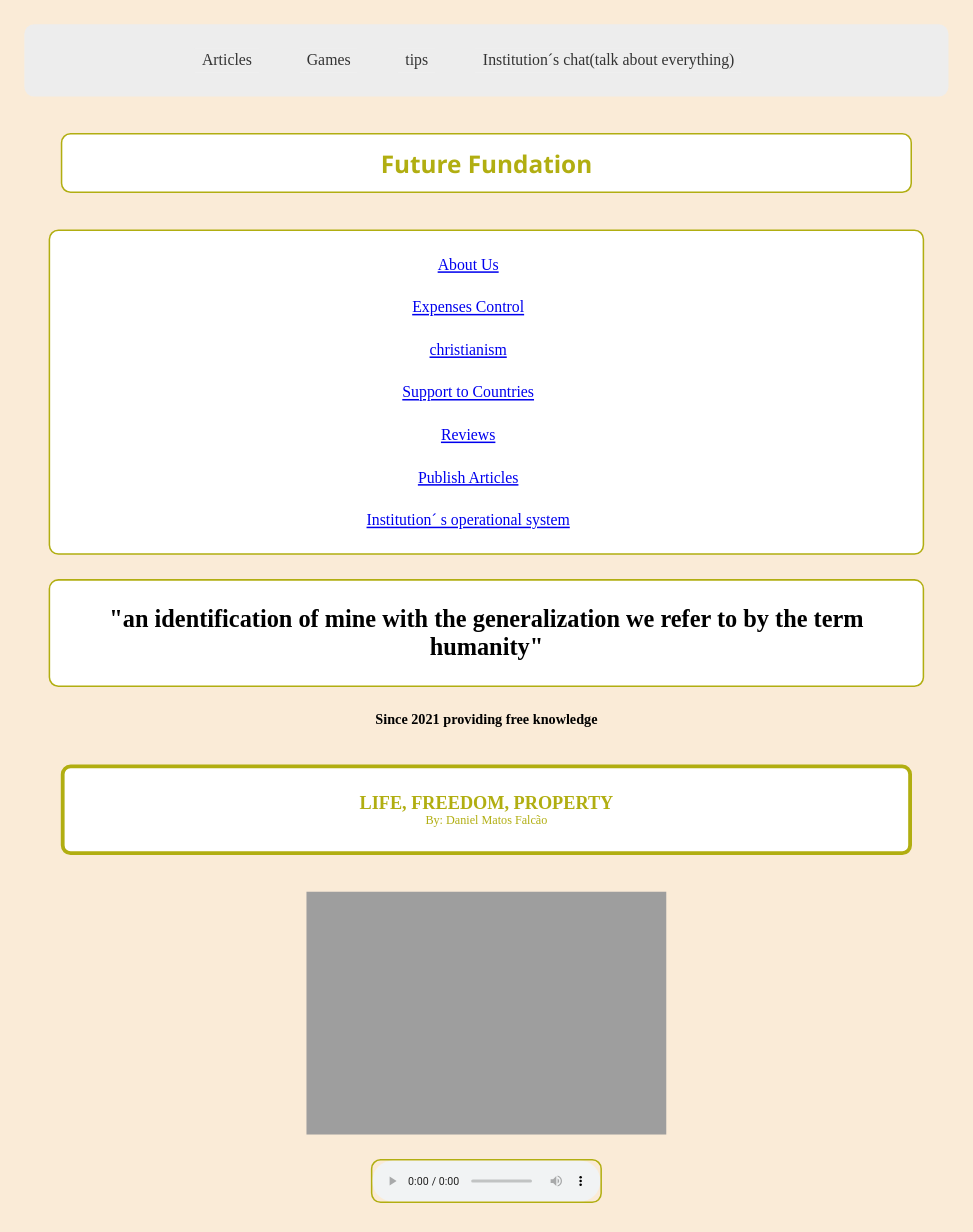
Repository: batmit/FutureFundation.github.io-1
Page: index.html
The author's editor kept a copy of each file at every save. The page is drawn from the files as they stood at one save, then again after the next save.
The browser window is 1280 px wide. The pictures show the whole page, at 76% of full size.
Pictures or frames that could not be fetched are drawn as grey boxes. Some web fonts or font styles are not loaded; a fallback is used.

Above is the page before, as saved 2021-09-03 15:00:36.

### index.html
<!DOCTYPE html>
<html lang="en">

<head>
    <meta charset="UTF-8">
    <meta http-equiv="X-UA-Compatible" content="IE=edge">
    <meta name="viewport" content="width=device-width, initial-scale=1.0">
    <title>The Future Fundation</title>

    <link rel="stylesheet" href="./index.css">
    <link rel="preconnect" href="https://fonts.gstatic.com">
    <link rel="preconnect" href="https://fonts.gstatic.com">

    <link rel="preconnect" href="https://fonts.gstatic.com">
    <link href="https://fonts.googleapis.com/css2?family=Redressed&display=swap" rel="stylesheet">
    <link rel="icon" href="https://m.media-amazon.com/images/I/511UePVZTiL._SL500_.jpg">
</head>

<body>
    <div id="all">
        <nav id="menu">
            <ul>
                <li><a href="./menu/articles/articles.html">Articles</a></li>
                <li><a href="/games/games.html">Games</a></li>
                <li><a href="./menu/tips.html">tips</a></li>
                <li><a href="">Institution´s chat(talk about everything)</a></li>
            </ul>
        </nav>
        <header>

            <h1>Future Fundation</h1>

        </header>

        <main>

            <div id="cabecalho">

                <a class="about" href="./index/about.html">About Us</a>

                <a href="http://batmit.github.io">Expenses Control</a>

                <a href="/menu/articles/cristianism/cristianism.html">christianism</a>

                <a href="/menu/support/support.html">Support to Countries</a>

                <a href="./menu/reviews/reviews.html">Reviews</a>

                <a href="https://publisharticlesff.web.app/">Publish Articles</a>

                <a href="https://github.com/FutureFundation/Py_Operational_System">Institution´ s operational system</a>

            </div>

            <div id="frase">

                <strong>
                    "an identification of mine with the generalization we refer to by the term humanity"
                </strong>

            </div>




            <div id="rodape">

                <h3>Since 2021 providing free knowledge</h3>

            </div>

            <footer>

                <h2>LIFE, FREEDOM, PROPERTY</h2>

                <p>By: Daniel Matos Falcão</p>

            </footer>

            <img width="474px" height="320px"
                src="https://external-content.duckduckgo.com/iu/?u=https%3A%2F%2Ftse4.mm.bing.net%2Fth%3Fid%3DOIP.T-Ah3QjGfLzqHosndqSgYAHaFA%26pid%3DApi&f=1"
                alt="">

            <div id="audio">

                <audio controls autoplay>

                    <source
                        src="/menu/articles/cristianism/2001-01-0720-praise-to-the-lord-the-almighty-instrumental-192k-eng.mp3"
                        type="audio/mp3">

                </audio>



            </div>
        </main>
    </div>
</body>

</html>

### index.css
#all{

    text-align: center;

    margin: 2rem;

}

audio {


    text-align: center;
    align-items: center;
    justify-content: center;
    margin: 2rem;
    border: rgb(177, 174, 17) 2px solid;
    border-radius: 0.8rem;

}

#audio{

    align-items: center;
    justify-content: center;
    box-sizing: border-box;

    padding: auto;
    text-align: center;
}

img{

    display: block;
    margin-left: auto;
    margin-right: auto;
}

body{

    background-color: rgb(250, 235, 215);

}

*  {
    margin:0;
    padding:0;
}

html, body {height:100%;}

#rodape{

    text-align: center;
    margin: 2rem;


}

header{


    border-radius: 0.8rem;

    border: 2px solid rgb(177, 174, 17);

    margin: 3rem;

    background-color: white;

    padding: 1rem;

    text-decoration-color: blue;

    font-family: 'Segoe UI', Tahoma, Geneva, Verdana, sans-serif;


}

header h1 {

    color: rgb(177, 174, 17);

}


#cabecalho{


    border-radius: 0.8rem;

    border: 2px solid rgb(177, 174, 17);


    margin: 2rem;

    background-color: white;


}
#menu ul {
    padding:0px;
    margin:0px;
    background-color:#EDEDED;
    list-style:none;
    border-radius: 00.8rem;
}
#menu ul li { display: inline; }
#menu ul li a {
    padding: 2px 10px;
    display: inline-block;

    /* visual do link */
    background-color:#EDEDED;
    color: #333;
    text-decoration: none;
    border-bottom:3px solid #EDEDED;
}
#menu ul li a:hover {
    background-color:#D6D6D6;
    color: #6D6D6D;
    border-bottom:3px solid blue;
}

a{


    margin-right: 3rem;
    margin-top: 2rem;
    margin-bottom: 2rem;
    font-size: 1.3rem;
    display: block;


}



#frase{

    border-radius: 0.8rem;

    border: 2px solid rgb(177, 174, 17);

    padding: 2rem;

    margin: 2rem;

    font-family: 'Redressed', cursive;

    font-size: 2rem;

    background-color: white;

}

footer{

    margin: 3rem;

    text-align: center;

    border: 5px solid rgb(177, 174, 17);

    border-radius: 0.8rem;

    padding: 2rem;

    background-color: white;


}

footer h2, p {

    color: rgb(177, 174, 17);
}

@media (max-width: 900px){
    #menu ul li a{
        display: block;
        text-align: center;
    }

    #img{
        text-align: right;
    }
}

After the next save:
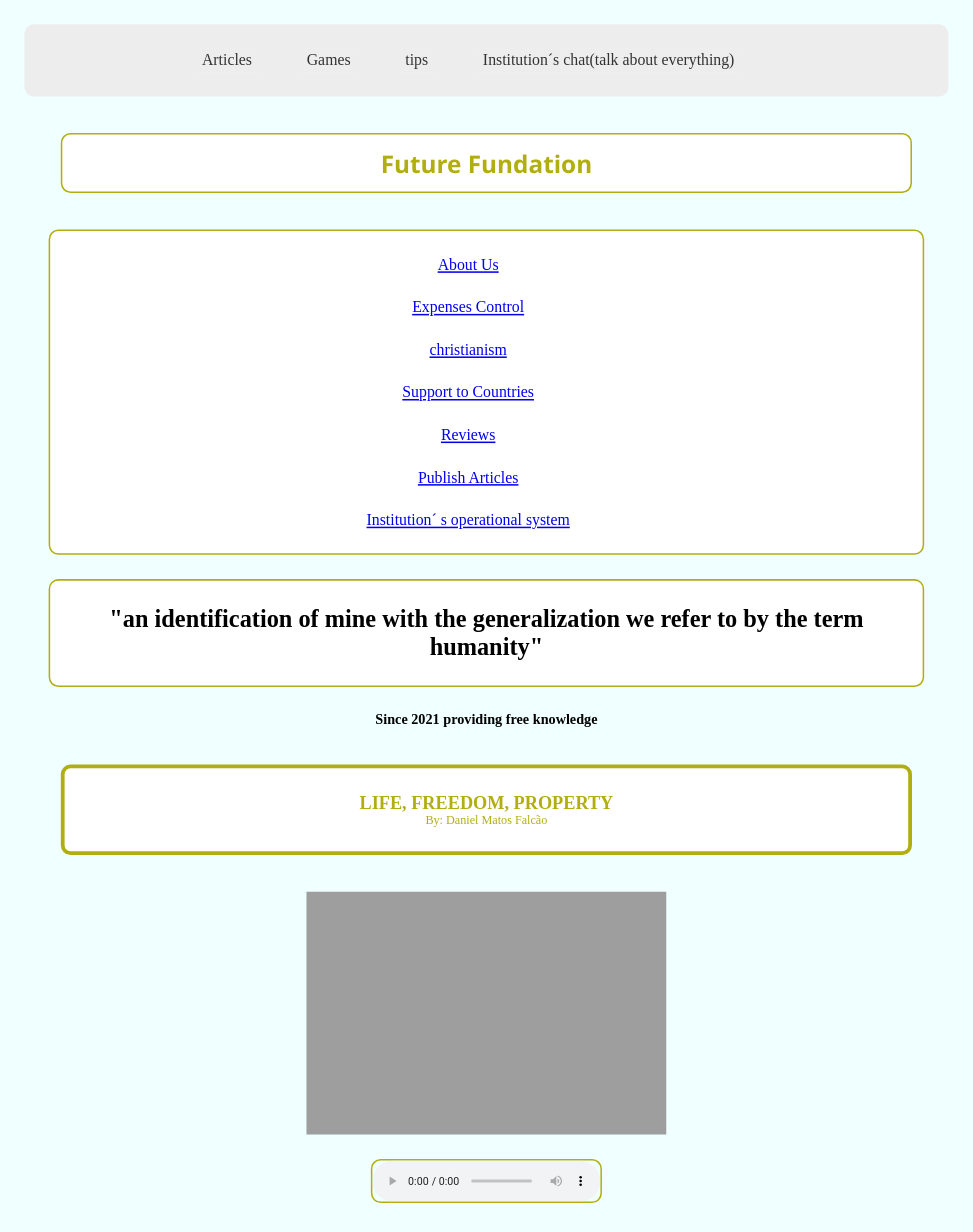
Saved 41 s later.
--- a/index.css
+++ b/index.css
@@ -37,7 +37,7 @@ img{
 
 body{
 
-    background-color: rgb(250, 235, 215);
+    background-color: #F0FFFF;
 
 }
 
